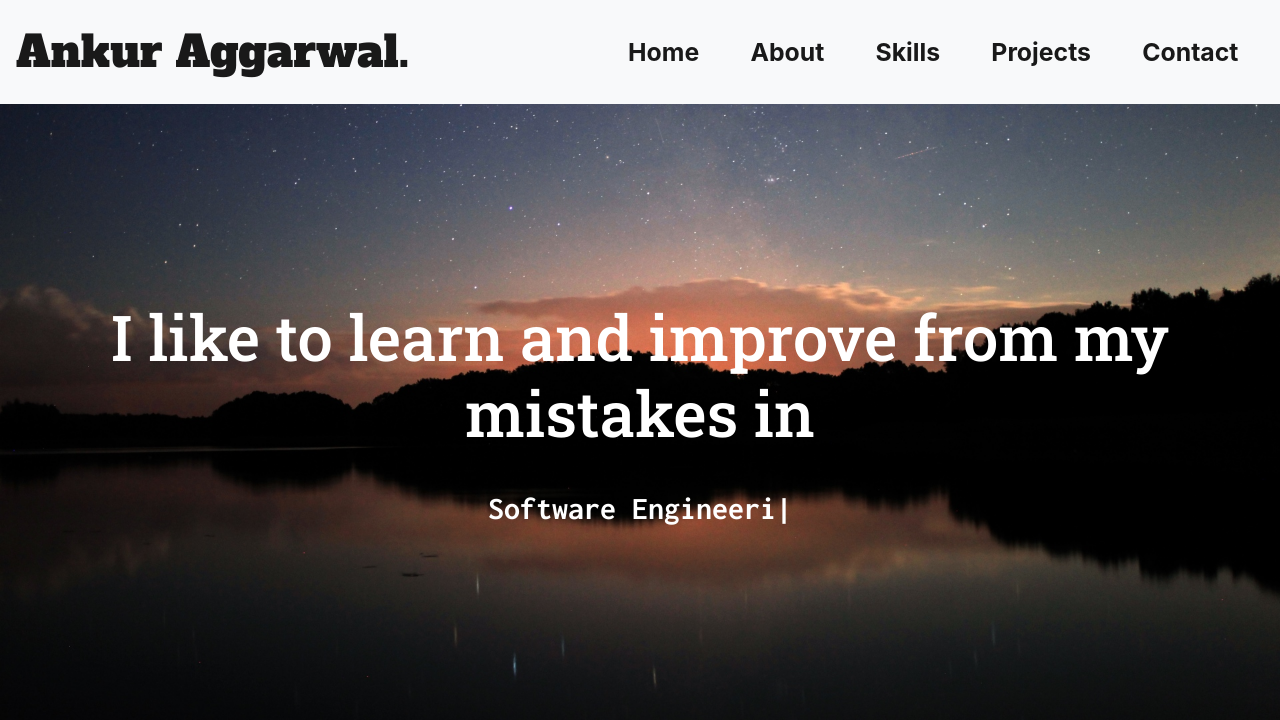
Repository: AnkurDevv/PersonalWebsite
Page: index.html
The author's editor kept a copy of each file at every save. The page is drawn from the files as they stood at one save, then again after the next save.
The browser window is 1280 px wide. The pictures show the whole page.
Some web fonts or font styles are not loaded; a fallback is used.

Above is the page before, as saved 2020-09-13 14:13:21.

### index.html
<!DOCTYPE html>
<html>

<head>
  <meta charset="utf-8">
  <meta http-equiv="X-UA-Compatible" content="IE=edge">
  <title>Ankur Aggarwal</title>
  <meta name="description" content="">
  <meta name="viewport" content="width=device-width, initial-scale=1">
  <!-- Importing Bootstrap here -->
  <link rel="stylesheet" href="https://stackpath.bootstrapcdn.com/bootstrap/4.4.1/css/bootstrap.min.css"
    integrity="sha384-Vkoo8x4CGsO3+Hhxv8T/Q5PaXtkKtu6ug5TOeNV6gBiFeWPGFN9MuhOf23Q9Ifjh" crossorigin="anonymous">
  <!--CUSTOM CSS FOR THE PAGE  -->
  <link rel="stylesheet" href="./style/index.css">
  <!-- FOR COOL ANIMATION EFFECTS -->
  <link rel="stylesheet" href="./style/animate.css">
  <!-- FOR COOL TYPING EFFECTS -->
  <script src="https://cdn.jsdelivr.net/npm/typed.js@2.0.11"></script>
  <!-- FOR GOOGLE FONTS - START -->
  <!-- for main heading -->
  <link
    href="https://fonts.googleapis.com/css2?family=Merienda:wght@700&family=Pacifico&family=Roboto&family=Roboto+Slab:wght@500&display=swap"
    rel="stylesheet">
  <!-- For Sub heading -->
  <link
    href="https://fonts.googleapis.com/css2?family=Inconsolata:wght@700&family=Merienda:wght@700&family=Pacifico&family=Roboto&family=Roboto+Slab:wght@500&display=swap"
    rel="stylesheet">
  <!-- For Navbar Logo -->
  <link href="https://fonts.googleapis.com/css2?family=Alfa+Slab+One&display=swap" rel="stylesheet">
  <!-- FOR GOOGLE FONTS - END -->
</head>

<body>
  <header>
    <nav class="navbar navbar-expand-lg navbar-light bg-light">
      <a class="navbar-brand" id="Brand-logo">Ankur Aggarwal.</a>
      <button class="navbar-toggler" type="button" data-toggle="collapse" data-target="#navbarNav"
        aria-controls="navbarNav" aria-expanded="false" aria-label="Toggle navigation">
        <span class="navbar-toggler-icon"></span>
      </button>
      <div class="collapse navbar-collapse" id="navbarNav">
        <ul class="navbar-nav">
          <li class="nav-item active">
            <a class="nav-link" href="#">Home</a>
          </li>
          <li class="nav-item active">
            <a class="nav-link" href="#">About</a>
          </li>
          <!-- <li class="nav-item active">
            <a class="nav-link" href="#">Why Me?</a>
          </li> -->
          <li class="nav-item active">
            <a class="nav-link" href="#">Skills</a>
          </li>
          <li class="nav-item active">
            <a class="nav-link" href="#">Projects</a>
          </li>
          <li class="nav-item active">
            <a class="nav-link" href="#">Contact</a>
          </li>
        </ul>
      </div>
    </nav>
    <!-- FIRST IMPRESSION SECTION - START -->
    <section class="first-impression-section">
      <div class="row first-impression-row">
        <h1 class="text-center animated fadeInDown" id="MainNameHeading">I like to learn and improve from my mistakes in
        </h1>
      </div>
      <div class="row">
        <h3 id="MainSubHeading">
          <span id="typed" style="white-space:pre;"></span>
          <!-- <span class="typed-cursor typed-cursor--blink">|</span> -->
        </h3>
      </div>
    </section>
    <!-- FIRST IMPRESSION SECTION - END -->
  </header>

  <script>
    // JS FOR COOL TYPING EFFECT USING TYPE.JS -  START
    var options = {
      strings: ['Software Engineering.', 'Web Development.', 'Management & Planning.'],
      typeSpeed: 100,
      loop: true,
      backDelay: 800,
      backSpeed: 80,
      startDelay: 1000,
    };
    var typed = new Typed('#typed', options);
// JS FOR COOL TYPING EFFECT USING TYPE.JS -  END
  </script>

  <!-- NECESSARY JS FOR BOOTSTRAP - START -->
  <script src="https://code.jquery.com/jquery-3.4.1.slim.min.js"
    integrity="sha384-J6qa4849blE2+poT4WnyKhv5vZF5SrPo0iEjwBvKU7imGFAV0wwj1yYfoRSJoZ+n"
    crossorigin="anonymous"></script>
  <script src="https://cdn.jsdelivr.net/npm/popper.js@1.16.0/dist/umd/popper.min.js"
    integrity="sha384-Q6E9RHvbIyZFJoft+2mJbHaEWldlvI9IOYy5n3zV9zzTtmI3UksdQRVvoxMfooAo"
    crossorigin="anonymous"></script>
  <script src="https://stackpath.bootstrapcdn.com/bootstrap/4.4.1/js/bootstrap.min.js"
    integrity="sha384-wfSDF2E50Y2D1uUdj0O3uMBJnjuUD4Ih7YwaYd1iqfktj0Uod8GCExl3Og8ifwB6"
    crossorigin="anonymous"></script>
  <!-- NECESSARY JS FOR BOOTSTRAP - END -->

  <!-- ADDING JQUERY - START -->
  <script src="https://ajax.googleapis.com/ajax/libs/jquery/3.5.1/jquery.min.js"></script>
  <!-- ADDING JQUERY - END -->

  <!-- CUSTOM JS FOR THE PAGE - START  -->
  <script src="index.js"></script>
  <!-- CUSTOM JS FOR THE PAGE - END  -->
</body>

</html>

### style/index.css
body{
  margin-left: 0;
  margin-right: 0;
}

/* NAVBAR CSS - START */

#Brand-logo{
  font-family: 'Alfa Slab One', cursive;
  font-size: 270%;
}

.navbar-nav{
  margin-left: auto;
}

.nav-link{
  font-size: 155%;
  font-weight: 700;
  padding: 2vw!important;
}

@media only screen and (max-width: 992px) {
  .nav-link{
    text-align: center;
  }
}

@media only screen and (max-width: 600px) {

  #Brand-logo{
    font-size: 140%;
  }

  .navbar-nav{
    height: 100vh;
  }

  .nav-link{
    margin: 5vh auto;
  }

}

/* NAVBAR CSS - END */

/* FIRST IMPRESSION SECTION CSS - START */
header{
  height: 100vh; /* Takes 100% of the screen size */
  background-image:url(../images/sunset_skyline_lake_reflection_114025_1920x1080.jpg);
  -webkit-background-size: cover;
  background-position: center;
  overflow: hidden;
}

#MainNameHeading{
  margin: 0 auto;
  margin-top: 27vh;
  font-size: 395%;
  color: white;
  font-family: 'Roboto Slab', serif;
  padding-bottom: 3%;
}

#MainSubHeading{
  margin: 0 auto;
  color: white;
  text-align: -webkit-center;
  font-family: 'Inconsolata', monospace;
  font-size: xx-large;
}
/* FIRST IMPRESSION SECTION CSS - ENDS */

### index.js
// CHANGING NAVBAR COLOR WHEN A USER HOVERS OVER A LINK
$(document).ready(function () {

  // makes nav transparent when user hovers on a link
  $(".nav-link").hover(function () {
    $('.navbar').addClass('bg-dark').removeClass('bg-light');
    $('#Brand-logo').css("color", "white");
    $('.nav-link').css("color", "white");
    $('.navbar-toggler').css("color", "white");
  });

  // makes nav non-transparent when user hovers on a link
  $(".navbar").mouseleave(function () {
    $('.navbar').addClass('bg-light').removeClass('bg-dark');
    $('#Brand-logo').css("color", "black");
    $('.nav-link').css("color", "black");
    $('.navbar-toggler').css("color", "black");
  });

});

Loaded but not shown: style/animate.css (library)

After the next save:
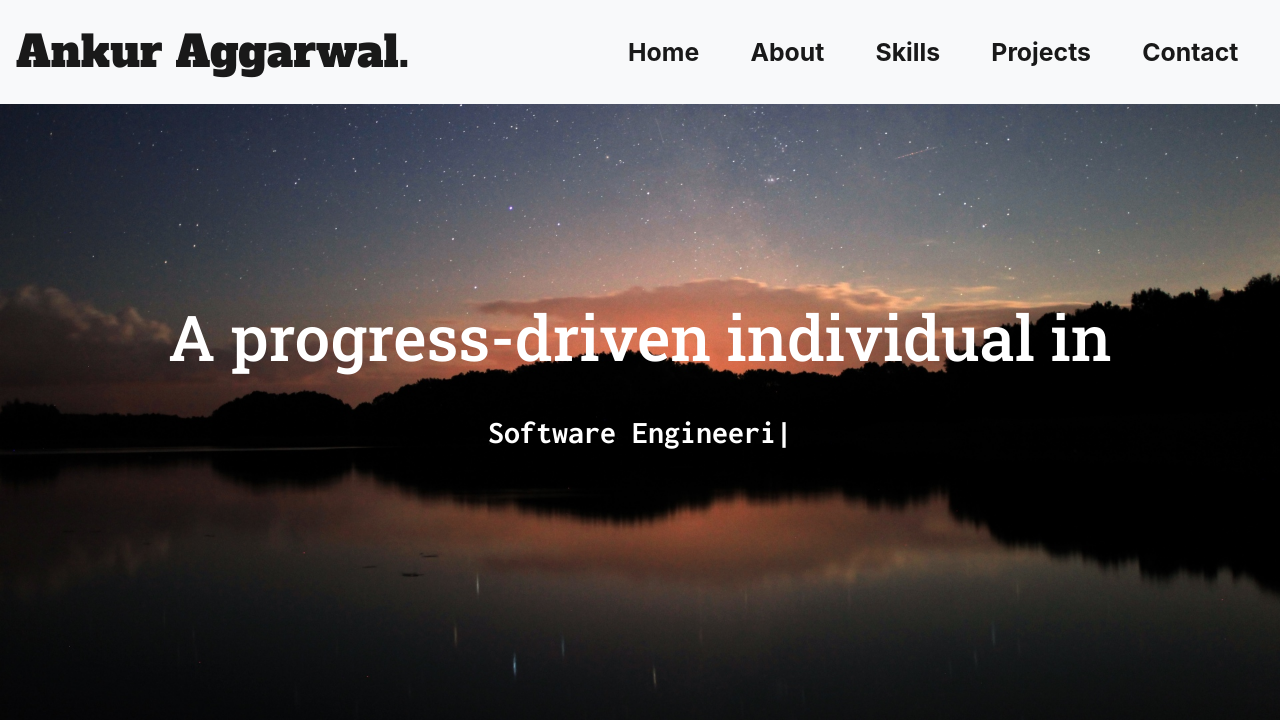
Saved 63 s later.
--- a/index.html
+++ b/index.html
@@ -64,7 +64,7 @@
     <!-- FIRST IMPRESSION SECTION - START -->
     <section class="first-impression-section">
       <div class="row first-impression-row">
-        <h1 class="text-center animated fadeInDown" id="MainNameHeading">I like to learn and improve from my mistakes in
+        <h1 class="text-center animated fadeInDown" id="MainNameHeading">A progress-driven individual in
         </h1>
       </div>
       <div class="row">
